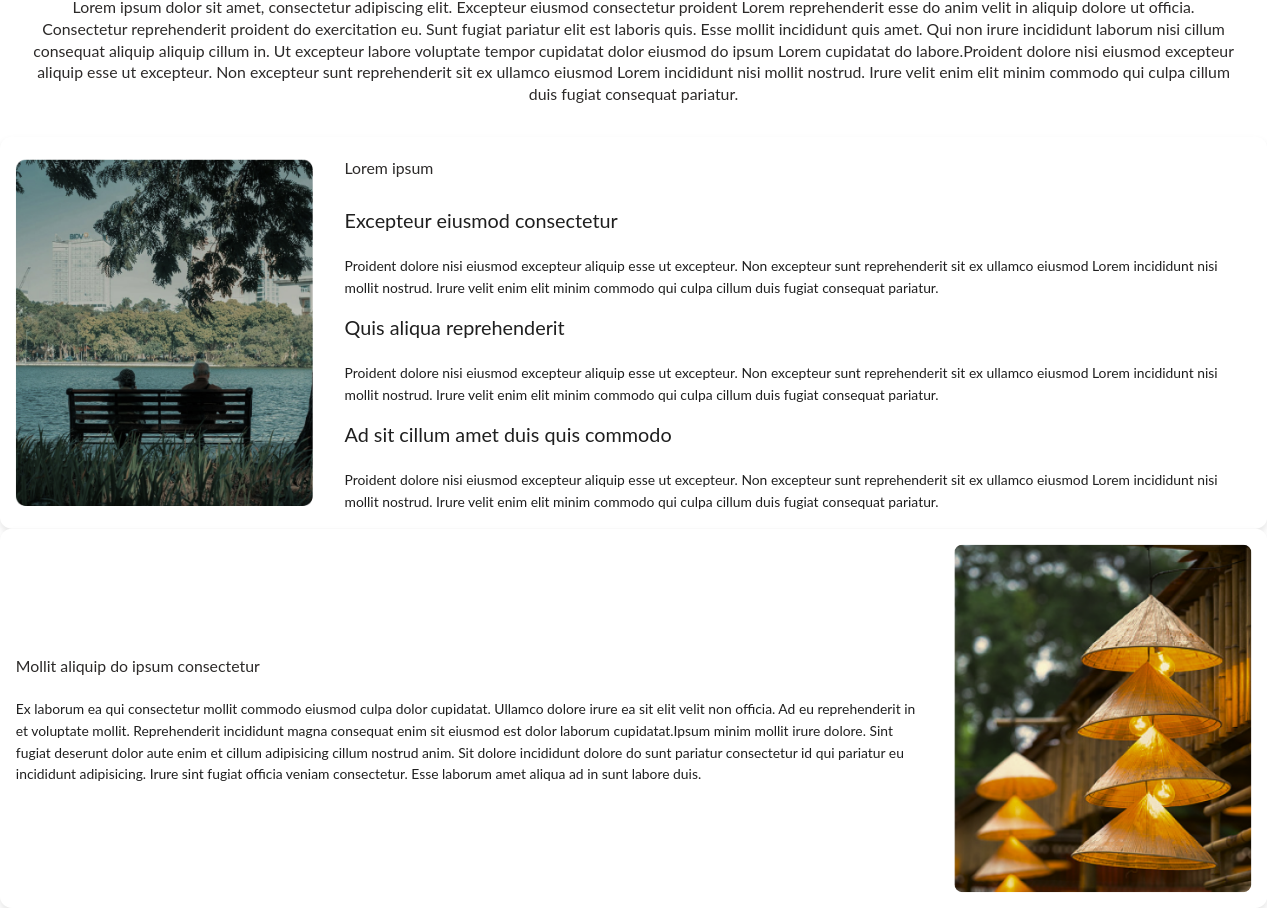
Repository: PhamNguyen2608/WGT-test
Page: index.html
The author's editor kept a copy of each file at every save. The page is drawn from the files as they stood at one save, then again after the next save.
The browser window is 1280 px wide. The pictures show the part of the page from y = 782 to 1743 px (the page is 1699 px tall before and 1743 px after), at 99% of full size.
A picture or video elsewhere on the page could not be fetched, so the positions and the page height are approximate.

Above is the page before, as saved 2024-11-12 13:23:16.

After the next save:
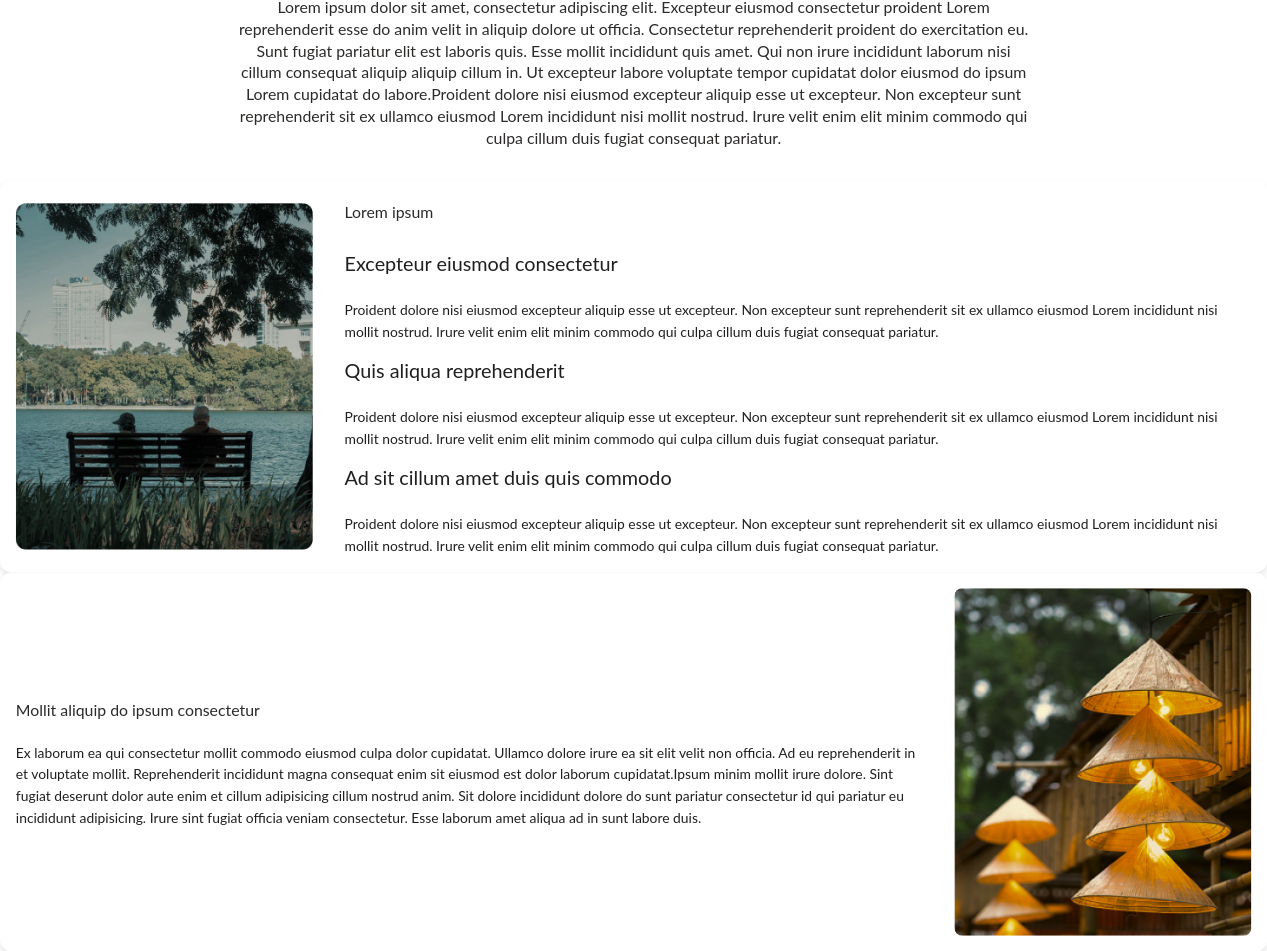
Saved 27 s later.
--- a/asset/css/components/hero-section.css
+++ b/asset/css/components/hero-section.css
@@ -1,8 +1,6 @@
 .hero-section {
     text-align: center;
-    padding: var(--spacing-large);
-    background-color: var(--color-background);
-    font-family: var(--font-family-sans);
+    padding: var(--spacing-large) 0;
 }
 
 .hero-title {
@@ -15,12 +13,13 @@
     display: flex;
     justify-content: center;
     gap: var(--spacing-medium);
+    margin-bottom: var(--spacing-medium);
 }
 
 .hero-content {
-    margin-top: var(--spacing-medium);
+    max-width: 800px;
+    margin: 0 auto;
     font-size: var(--font-size-16);
-    font-weight: var(--font-weight-regular);
     line-height: 22px;
     color: var(--color-primary);
 }
